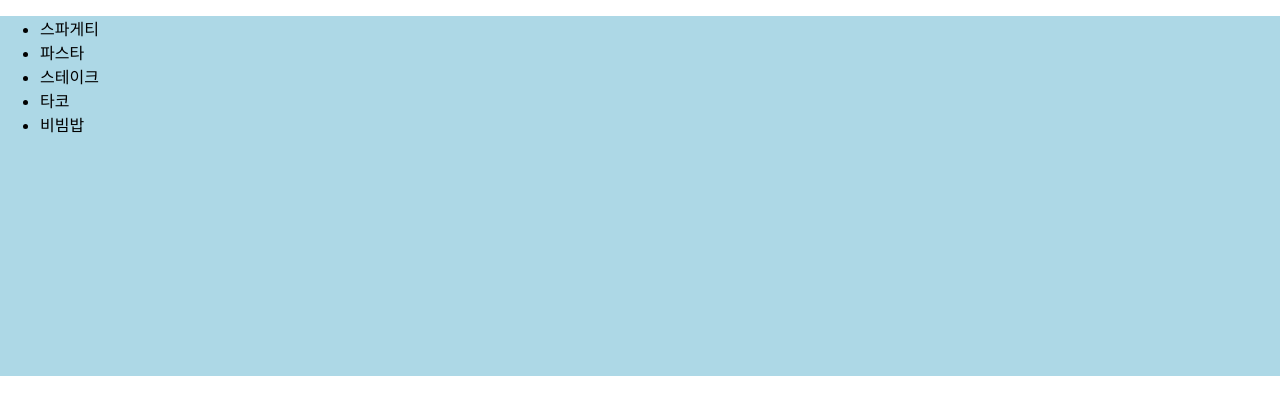
Repository: YEOMJINSEOP/playground
Page: / (app in practicegrid/)
The author's editor kept a copy of each file at every save. The page is drawn from the files as they stood at one save, then again after the next save.
The browser window is 1280 px wide. The pictures show the whole page.
The project was rebuilt for these pictures with package versions that can differ from the ones it lists, and the page was loaded fresh each time.

Above is the page before, as saved 2022-11-01 17:07:20.

### practicegrid/src/App.js
import './App.css';
import { useEffect } from 'react';

function App() {

  return (
    <div class='listContainer'>
      <ul>
        <li>스파게티</li>
        <li>파스타</li>
        <li>스테이크</li>
        <li>타코</li>
        <li>비빔밥</li>
      </ul>
    </div>
  )
}

export default App;

### practicegrid/src/App.css
.listContainer{
  width: 100%;
  height: 50vh;
  background-color: lightblue;
}

Loaded but not shown: practicegrid/public/index.html (common file); practicegrid/src/index.js (common file); practicegrid/src/index.css (common file); practicegrid/src/reportWebVitals.js (common file)

After the next save:
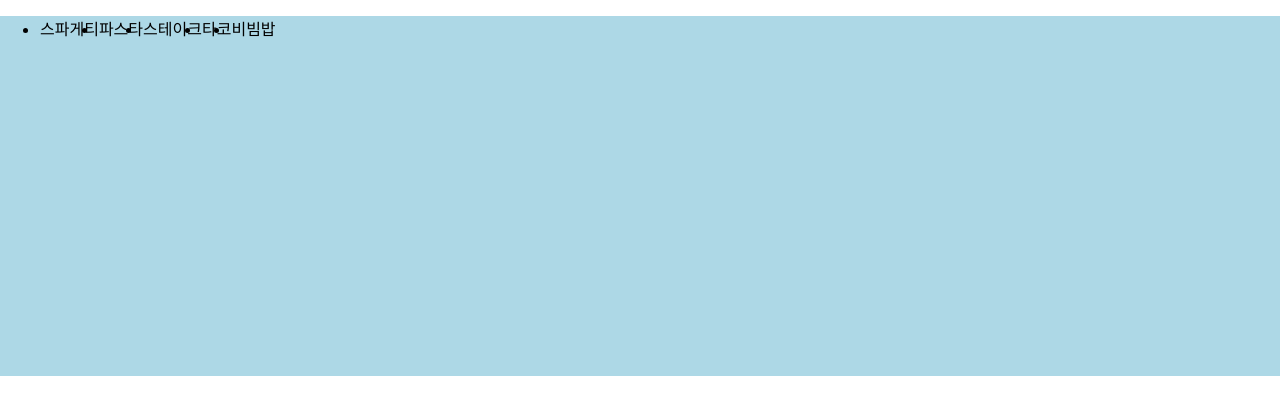
Saved 17 s later.
--- a/practicegrid/src/App.css
+++ b/practicegrid/src/App.css
@@ -2,4 +2,10 @@
   width: 100%;
   height: 50vh;
   background-color: lightblue;
+
+
 }
+
+ul{
+  display: flex;
+}

After the save that followed:
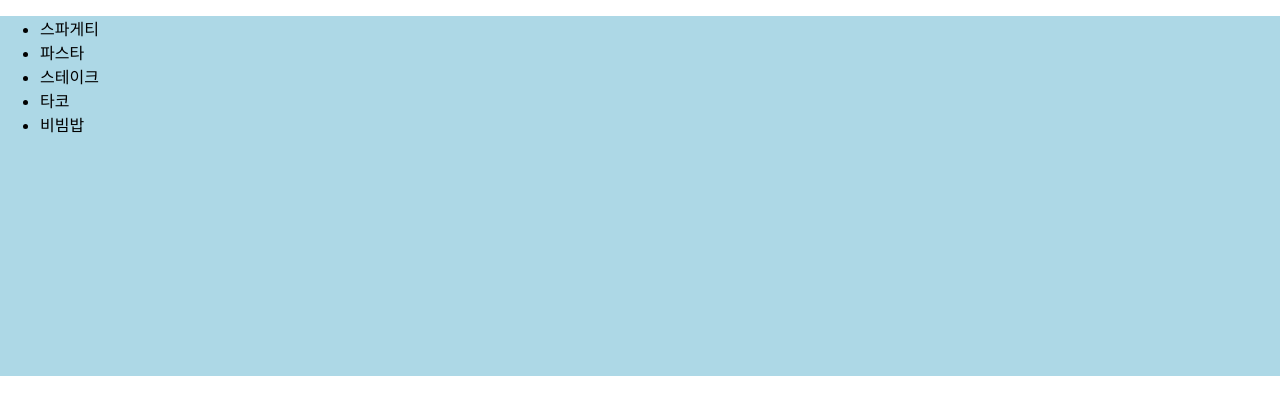
Saved 6 s later.
--- a/practicegrid/src/App.css
+++ b/practicegrid/src/App.css
@@ -7,5 +7,5 @@
 }
 
 ul{
-  display: flex;
+  display: grid;
 }
